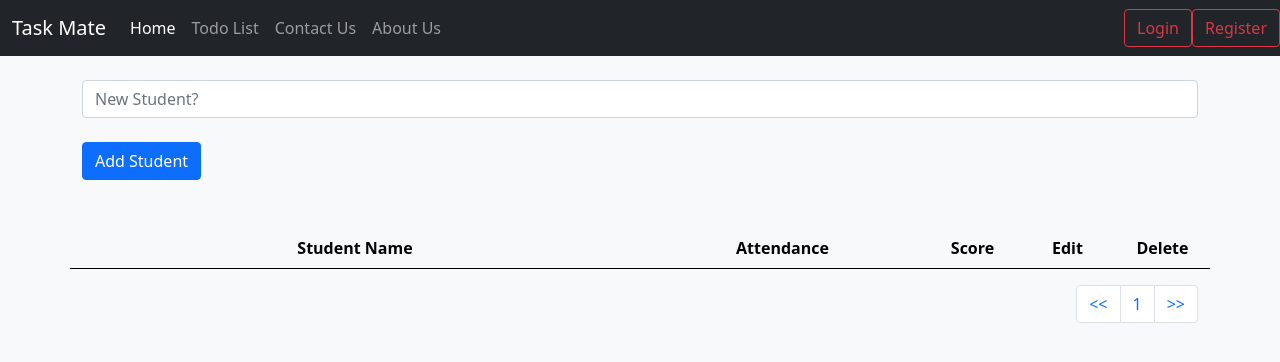
Repository: itathagata/Registration_System
Page: http://localhost/todolist/?pg=1
These files come from the project's save history. The page is drawn as it stood at one moment and after the next save; the edit follows.
The browser window is 1280 px wide. The pictures show the whole page.
The page is served by the project's application, run on Django 2.2 (manage.py). Queries for data that is not in the repository find no rows.

Above is the page before, as saved 2021-06-06 02:34:37.

After the next save:
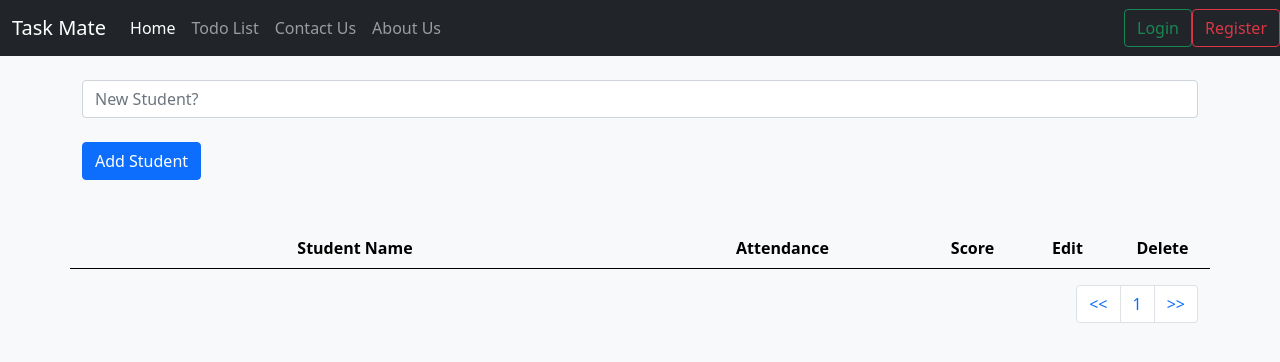
Saved 20 s later.
--- a/templates/base.html
+++ b/templates/base.html
@@ -36,7 +36,7 @@
     </div>
   {% else %}
     <a href="{% url 'login' %}">
-        <button class="btn btn-outline-danger my-2 my-sm-0" type="submit">Login</button>
+        <button class="btn btn-outline-success my-2 my-sm-0" type="submit">Login</button>
       </a>
       <a href="{% url 'register' %}">
         <button class="btn btn-outline-danger my-2 my-sm-0" type="submit">Register</button>
